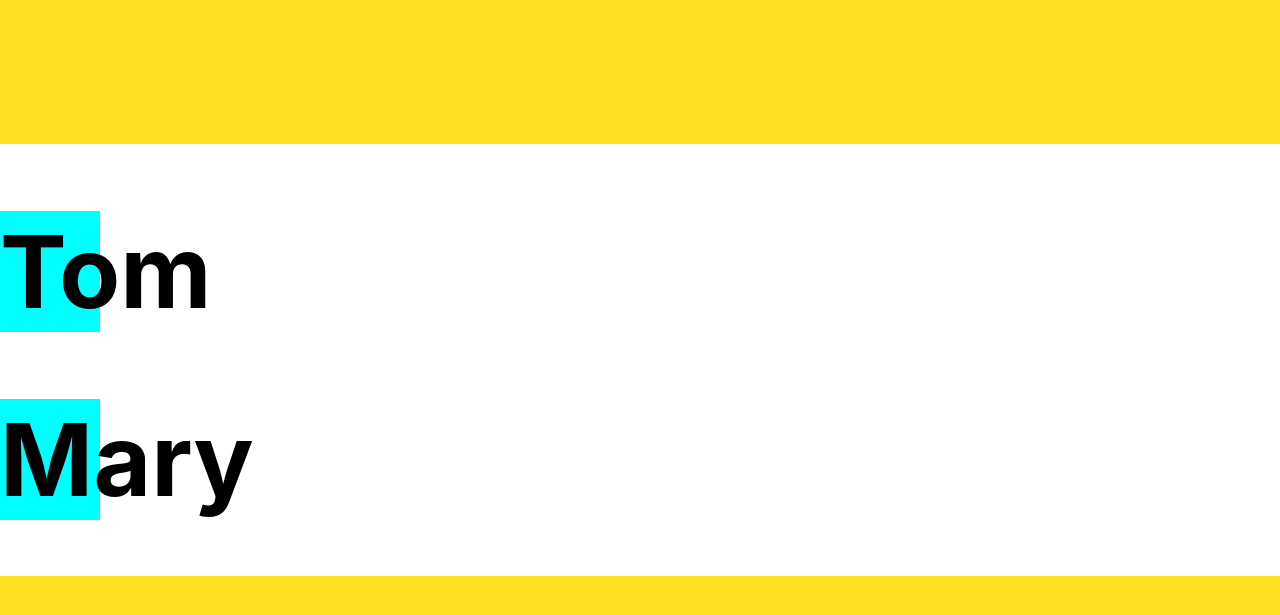
Repository: K009/Rock-Paper-Scissors
Page: /
These files come from the project's save history. The page is drawn as it stood at one moment and after the next save; the edit follows.
The browser window is 1280 px wide. The pictures show the whole page.
The project was rebuilt for these pictures with package versions that can differ from the ones it lists, and the page was loaded fresh each time.

Above is the page before, as saved 2020-05-13 08:45:08.

After the next save:
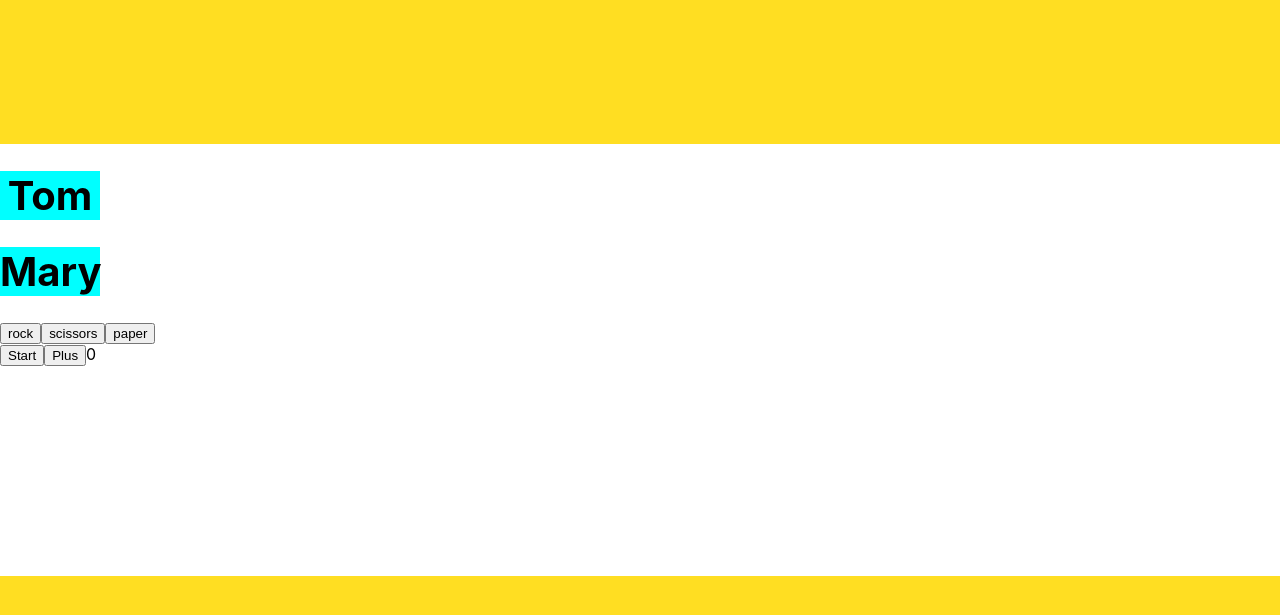
Saved 6 s later.
--- a/src/components/player.module.css
+++ b/src/components/player.module.css
@@ -1,6 +1,6 @@
 .player {
   background-color: aqua;
-  font-size: 50px;
+  font-size: 20px;
   text-align: center;
   width: 100px;
 }
